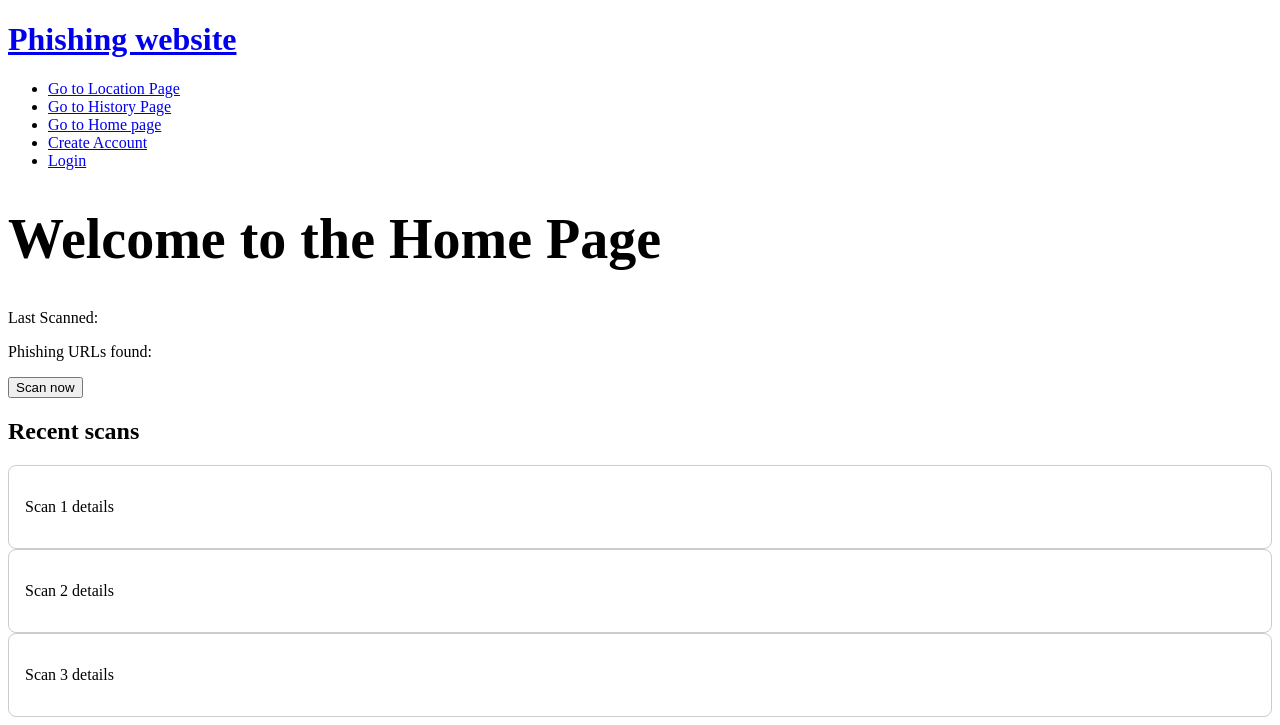
Repository: 2305199/Final-year-project
Page: / (app in frontend/)
An editor plug-in stored every save of this project. The page is shown before and after the next save, followed by the edit.
The browser window is 1280 px wide. The pictures show the whole page.
The project was rebuilt for these pictures with package versions that can differ from the ones it lists, and the page was loaded fresh each time. Also part of the build but not shown: frontend/vite.config.js, frontend/src/Location/Location.jsx, frontend/src/History/History.jsx, frontend/src/User/CreateAccount.jsx, frontend/src/User/Login.jsx.

Above is the page before, as saved 2026-01-29 00:49:15.

### frontend/src/App.jsx
import { BrowserRouter as Router, Routes, Route } from 'react-router-dom';
import Home from './Home/Home.jsx'
import Location from './Location/Location.jsx'
import History from './History/History.jsx'
import CreateAccount from './User/CreateAccount.jsx'
import Login from './User/Login.jsx'
import Header from './components/Header.jsx'

function App() {

  return (
    <Router>
    <Header />
   <Routes>
      <Route path="/" element={<Home />} />
      <Route path="/location" element={<Location />} />
      <Route path="/history" element={<History />} />
      <Route path="/createAccount" element={<CreateAccount />} />
      <Route path="/login" element={<Login />} />
   </Routes>
    </Router>
  )
}

export default App

### frontend/src/Home/Home.jsx
import styles from './Home.module.css'
function Home() {
    return ( <div>
        <div className={styles.title}> <h1>Welcome to the Home Page</h1></div>


    <div className={styles.Box}>
        <div className={styles.card} ><p>Last Scanned:</p></div>
        <div className={styles.card}><p>Phishing URLs found:</p></div>
        <button>Scan now</button>
    </div>

    <div>
        <h2>Recent scans</h2>
        <div className={styles.recentScans}>
            <div className={styles.scanCard}><p>Scan 1 details</p></div>
            <div className={styles.scanCard}><p>Scan 2 details</p></div>
            <div className={styles.scanCard}><p>Scan 3 details</p></div>
        </div>
    </div>

    </div>)
}
export default Home

### frontend/src/components/Header.jsx
function Header() {
    return (<div>
    <h1> <a href="/">Phishing website </a></h1>
     <ul>
        <li><a href="/location">Go to Location Page</a></li>
        <li><a href="/history">Go to History Page</a></li>
        <li><a href="/">Go to Home page</a></li>
        <li><a href="/createAccount">Create Account</a></li>
        <li><a href="/login">Login</a></li>
    </ul>
    </div>)

}
export default Header

### frontend/src/Home/Home.module.css
.page {
  padding: 24px;
}

.header {
  text-align: center;
  margin-bottom: 20px;
}

.title {
  font-size: 28px;
  margin: 0;
}

.topSection {
  margin-bottom: 24px;
}

.summaryGrid {
  display: grid;
  grid-template-columns: 1fr 1fr auto;
  gap: 16px;
  align-items: center;
}

.summaryCard {
  border: 1px solid #ccc;
  padding: 16px;
  border-radius: 8px;
}

.cardLabel {
  margin: 0;
  font-size: 14px;
}

.cardValue {
  margin: 8px 0 0;
  font-size: 22px;
  font-weight: 600;
}

.scanButton {
  padding: 14px 18px;
  border: none;
  border-radius: 8px;
  cursor: pointer;
}

.section {
  margin-top: 24px;
}

.sectionTitle {
  margin-bottom: 12px;
}

.recentScansGrid {
  display: grid;
  grid-template-columns: repeat(2, 1fr);
  gap: 16px;
}

.scanCard {
  border: 1px solid #ccc;
  padding: 16px;
  border-radius: 8px;
}

.scanTitle {
  margin: 0 0 8px;
  font-weight: 600;
}

.scanDetails {
  margin: 0;
  font-size: 14px;
}

.bottomGrid {
  display: grid;
  grid-template-columns: 1fr 1fr;
  gap: 16px;
}

.panel {
  border: 1px solid #ccc;
  border-radius: 8px;
  padding: 16px;
  min-height: 160px;
}

.panelTitle {
  margin: 0 0 12px;
}

.analyticsCircles {
  display: flex;
  gap: 12px;
}

.circle {
  width: 56px;
  height: 56px;
  border-radius: 50%;
  border: 1px solid #ccc;
  display: flex;
  align-items: center;
  justify-content: center;
  font-weight: 600;
}

.chartPlaceholder {
  height: 110px;
  border: 1px dashed #aaa;
  display: flex;
  align-items: center;
  justify-content: center;
}

.panelBody {
  font-size: 14px;
}

Loaded but not shown: frontend/index.html (common file); frontend/src/main.jsx (common file); frontend/src/index.css (no stored copy; drawn as an empty file)

After the next save:
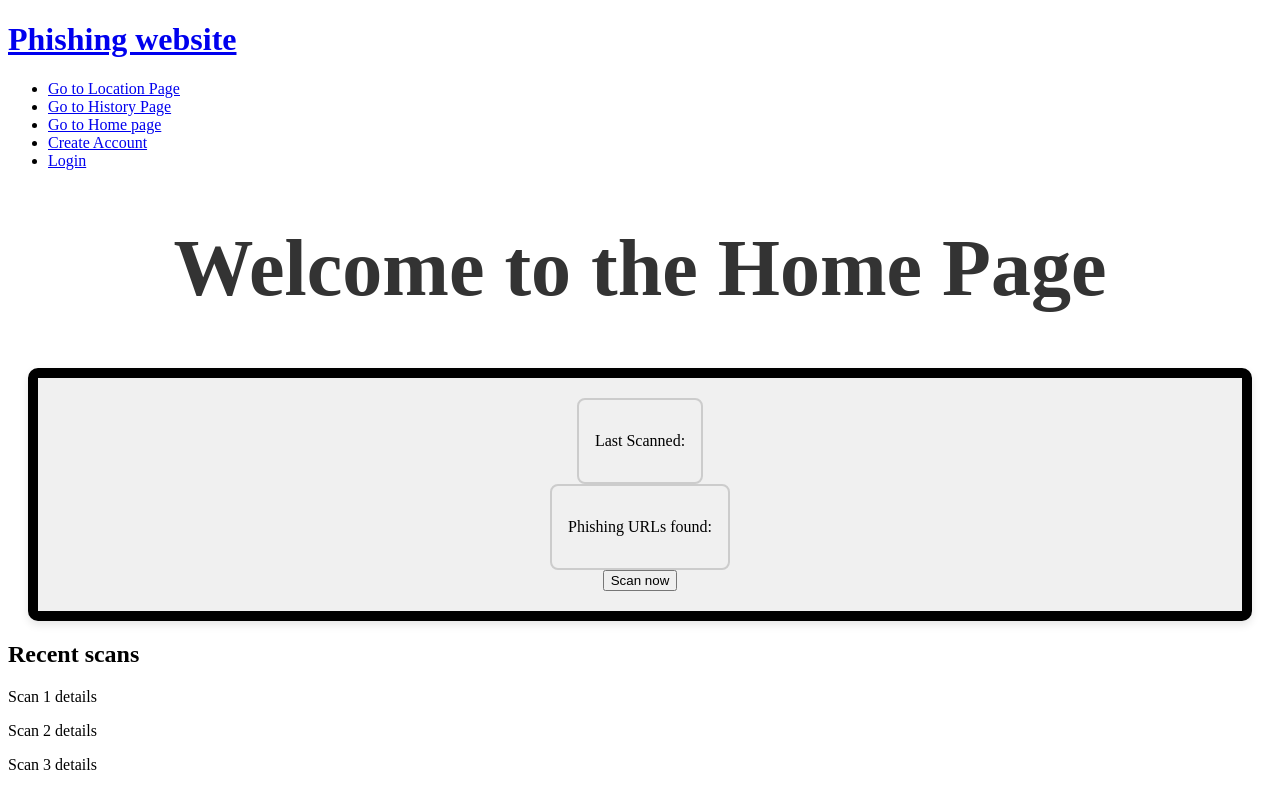
Saved 21 s later.
--- a/frontend/src/Home/Home.module.css
+++ b/frontend/src/Home/Home.module.css
@@ -1,123 +1,29 @@
-.page {
-  padding: 24px;
+.title{
+    text-align: center;
+    font-size: 2.5rem;
+    margin-bottom: 20px;
+    color: #333;
+}
+.Box{
+    display: flex;
+    flex-direction: column;
+    align-items: center;
+    justify-content: center;
+   border: 10px solid black;
+    padding: 20px;
+    margin: 20px;
+    background-color: #f0f0f0;
+    border-radius: 10px;
+    box-shadow: 0 4px 8px rgba(0, 0, 0, 0.1);
+
+}
+.container {
+  display: grid;
+  gap: 20px;
 }
 
-.header {
-  text-align: center;
-  margin-bottom: 20px;
-}
-
-.title {
-  font-size: 28px;
-  margin: 0;
-}
-
-.topSection {
-  margin-bottom: 24px;
-}
-
-.summaryGrid {
-  display: grid;
-  grid-template-columns: 1fr 1fr auto;
-  gap: 16px;
-  align-items: center;
-}
-
-.summaryCard {
-  border: 1px solid #ccc;
+.card {
+  border: 2px solid #ccc;
   padding: 16px;
   border-radius: 8px;
 }
-
-.cardLabel {
-  margin: 0;
-  font-size: 14px;
-}
-
-.cardValue {
-  margin: 8px 0 0;
-  font-size: 22px;
-  font-weight: 600;
-}
-
-.scanButton {
-  padding: 14px 18px;
-  border: none;
-  border-radius: 8px;
-  cursor: pointer;
-}
-
-.section {
-  margin-top: 24px;
-}
-
-.sectionTitle {
-  margin-bottom: 12px;
-}
-
-.recentScansGrid {
-  display: grid;
-  grid-template-columns: repeat(2, 1fr);
-  gap: 16px;
-}
-
-.scanCard {
-  border: 1px solid #ccc;
-  padding: 16px;
-  border-radius: 8px;
-}
-
-.scanTitle {
-  margin: 0 0 8px;
-  font-weight: 600;
-}
-
-.scanDetails {
-  margin: 0;
-  font-size: 14px;
-}
-
-.bottomGrid {
-  display: grid;
-  grid-template-columns: 1fr 1fr;
-  gap: 16px;
-}
-
-.panel {
-  border: 1px solid #ccc;
-  border-radius: 8px;
-  padding: 16px;
-  min-height: 160px;
-}
-
-.panelTitle {
-  margin: 0 0 12px;
-}
-
-.analyticsCircles {
-  display: flex;
-  gap: 12px;
-}
-
-.circle {
-  width: 56px;
-  height: 56px;
-  border-radius: 50%;
-  border: 1px solid #ccc;
-  display: flex;
-  align-items: center;
-  justify-content: center;
-  font-weight: 600;
-}
-
-.chartPlaceholder {
-  height: 110px;
-  border: 1px dashed #aaa;
-  display: flex;
-  align-items: center;
-  justify-content: center;
-}
-
-.panelBody {
-  font-size: 14px;
-}
